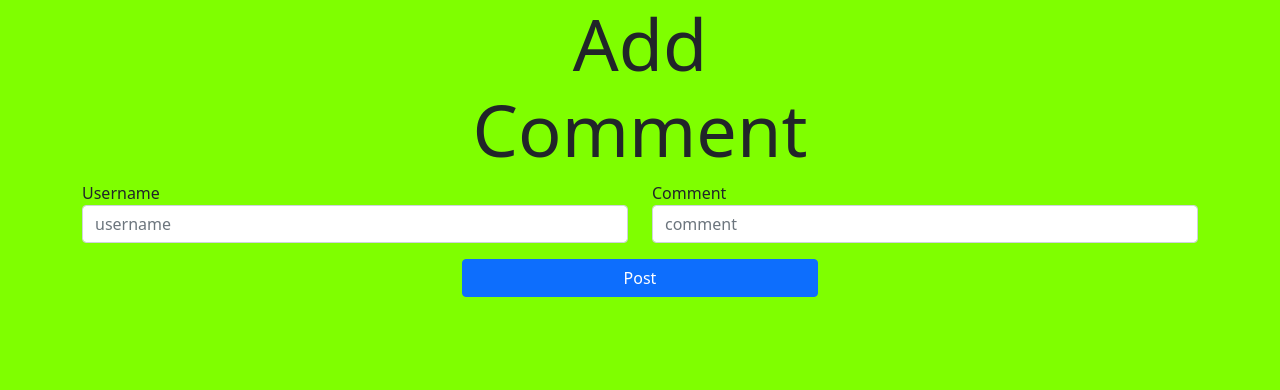
Repository: uditjain100/JavaScript-for-Web
Page: http://localhost/comment/create
These files come from the project's save history. The page is drawn as it stood at one moment and after the next save; the edit follows.
The browser window is 1280 px wide. The pictures show the whole page.
The page is served by the project's Node server (17.REST/index.js).

Above is the page before, as saved 2021-01-29 18:08:30.

### 17.REST/views/create.ejs
<!DOCTYPE html>
<html lang="en">
  <head>
    <meta charset="UTF-8" />
    <meta name="viewport" content="width=device-width, initial-scale=1.0" />
    <title>Add Comment</title>
    <link
      href="https://cdn.jsdelivr.net/npm/bootstrap@5.0.0-beta1/dist/css/bootstrap.min.css"
      rel="stylesheet"
      integrity="sha384-giJF6kkoqNQ00vy+HMDP7azOuL0xtbfIcaT9wjKHr8RbDVddVHyTfAAsrekwKmP1"
      crossorigin="anonymous"
    />
  </head>
  <body style="background-color: chartreuse">
    <div class="container">
      <h2 class="display-2 d-grid col-5 mx-auto" style="text-align: center">
        Add Comment
      </h2>
      <form action="/comments" method="POST">
        <div class="row">
          <div class="form-group col-6">
            <label for="username">Username</label>
            <input
              type="text"
              id="username"
              class="form-control"
              placeholder="username"
              name="username"
            />
          </div>
          <div class="form-group col-6">
            <label for="comment">Comment</label>
            <input
              type="text"
              id="comment"
              placeholder="comment"
              class="form-control"
              name="comment"
            />
          </div>
          <div class="d-grid col-4 mx-auto mt-3">
            <button class="btn btn-primary">Post</button>
          </div>
        </div>
      </form>
    </div>
  </body>
</html>

### 17.REST/index.js
const express = require("express");
const app = express();
const path = require("path");

var comments = [
  { id: 1, username: "toddd", comment: "hey there" },
  { id: 2, username: "nime", comment: "Life is Good" },
  { id: 3, username: "bob", comment: "Yummmmmmy" },
  { id: 4, username: "jessi", comment: "Yooo Man" },
];

app.use(express.urlencoded({ extended: true }));
app.use(express.json());
app.set("views", path.join(__dirname, "views"));
app.set("view engine", "ejs");

app.get("/comments", (req, res) => {
  res.render("home.ejs", { comments });
});

app.get("/comment/create", (req, res) => {
  res.render("create.ejs");
});

app.post("/comments", (req, res) => {
  const { username, comment } = req.body;
  comments.push({ username, comment });
  // res.render("home.ejs", { comments });
  res.redirect("/comments");
});

app.get("/tacos", (req, res) => {
  res.send("GET /tacos response");
});

app.post("/tacos", (req, res) => {
  const { author, post } = req.body;
  console.log(req.body);
  res.send("Post : " + post + "  and   author : " + author);
});

app.listen(3000, () => {
  console.log("Server got Started !!");
});

After the next save:
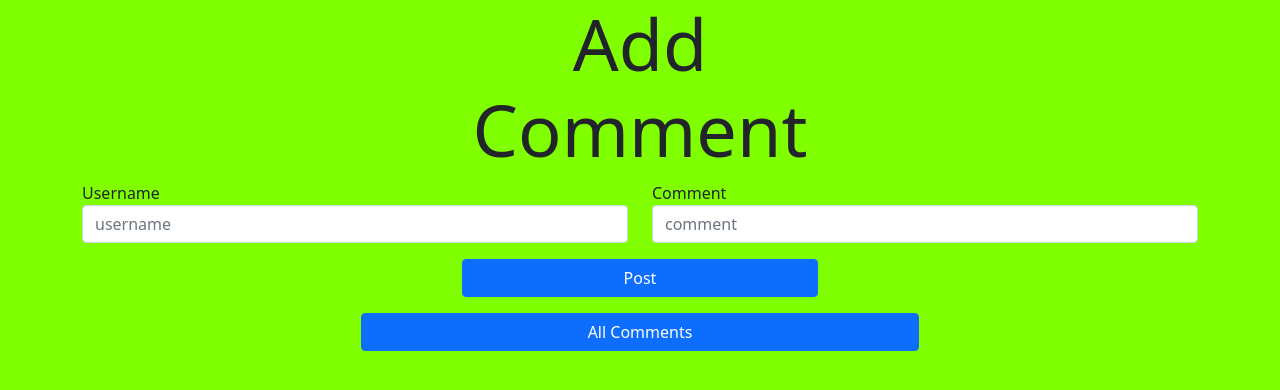
Saved 6 min 19 s later.
--- a/17.REST/views/create.ejs
+++ b/17.REST/views/create.ejs
@@ -43,6 +43,9 @@
           </div>
         </div>
       </form>
+      <div class="d-grid col-6 mx-auto mt-3">
+        <a href="/comments" class="btn btn-primary">All Comments</a>
+      </div>
     </div>
   </body>
 </html>
